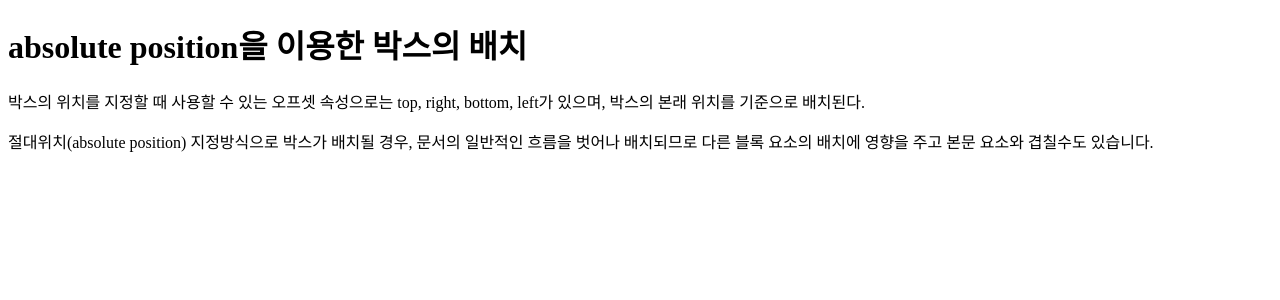
Repository: cussip/SuperHands
Page: WebExam/src/main/webapp/css/box_model/position_absolute.html
These files come from the project's save history. The page is drawn as it stood at one moment and after the next save; the edit follows.
The browser window is 1280 px wide. The pictures show the whole page.

Above is the page before, as saved 2022-02-01 01:01:49.

After the next save:
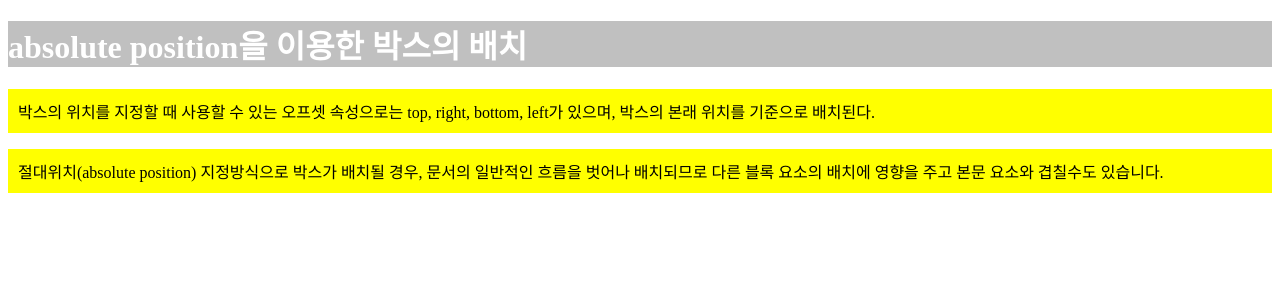
Saved 86 s later.
--- a/WebExam/src/main/webapp/css/box_model/position_absolute.html
+++ b/WebExam/src/main/webapp/css/box_model/position_absolute.html
@@ -4,7 +4,14 @@
 	<meta charset="UTF-8">
 	<title>position_absolute.html</title>
 	<style>
-
+		h1 {
+			background: silver;
+			color: white;
+		}
+		p {
+			background: yellow;
+			padding: 10px;
+		}
 	</style>
 </head>
 <body>
